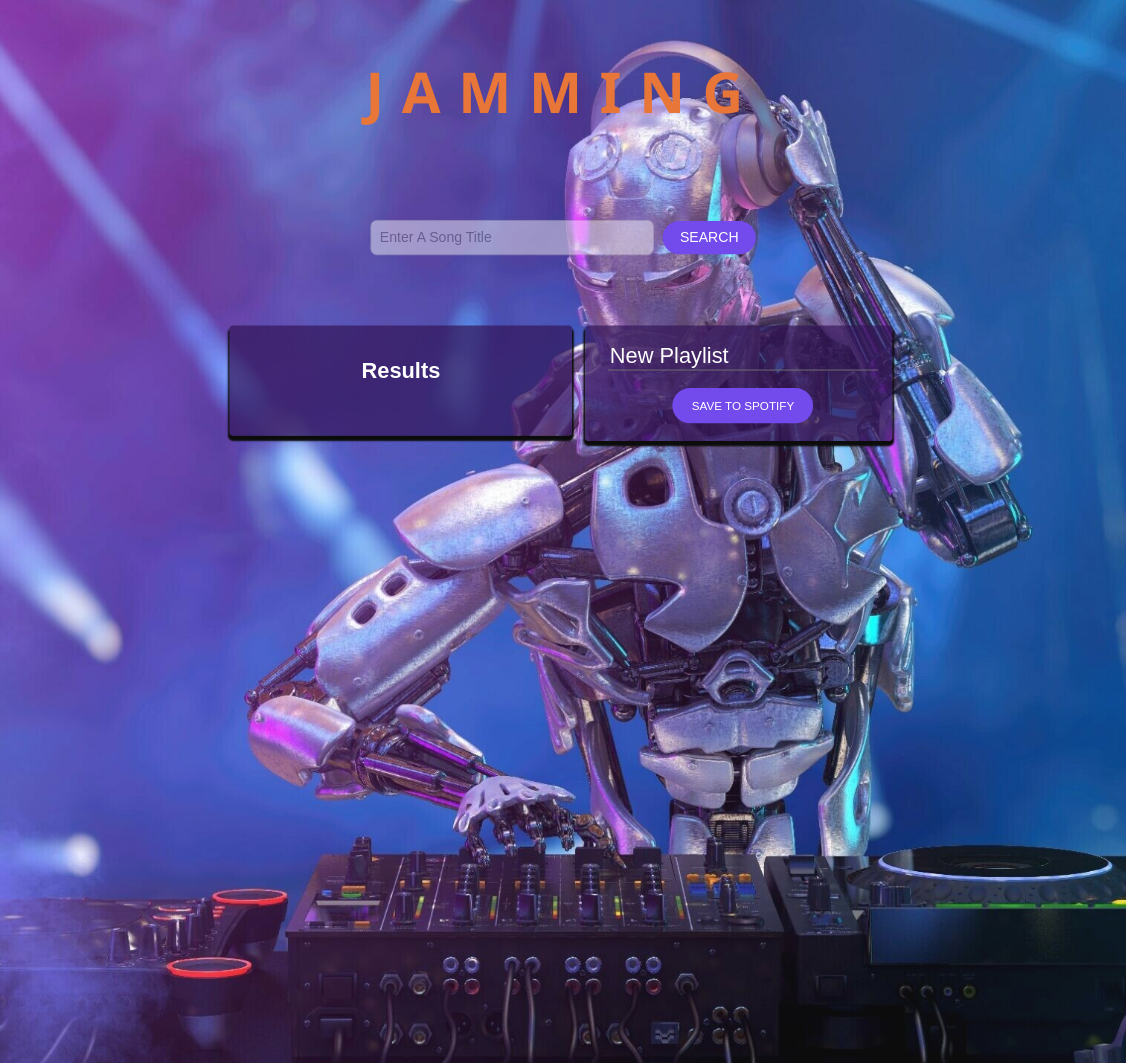
Repository: LolaSL/jamming
Page: /
An editor plug-in stored every save of this project. The page is shown before and after a run of saves, followed by the edit.
The browser window is 1280 px wide. The pictures show the whole page, at 88% of full size.
The project was rebuilt for these pictures with package versions that can differ from the ones it lists, and the page was loaded fresh each time. Also part of the build but not shown: src/components/Track/Track.css, src/components/Track/Track.jsx.

Above is the page before, as saved 2023-06-23 20:32:21.

### src/App/App.js
import React, { useState, useCallback } from "react";
import "./App.css";
// import Footer from "../components/Footer/Footer";
import Playlist from "../components/PlayList/PlayList.jsx";
import SearchBar from "../components/SearchBar/SearchBar";
import SearchResults from "../components/SearchResults/SearchResults";
import Spotify from "../utils/Spotify";

const App = () => {
  const [searchResults, setSearchResults] = useState([]);
  const [playlistName, setPlaylistName] = useState("New Playlist");
  const [playlistTracks, setPlaylistTracks] = useState([]);

  const search = useCallback(async (term) => {
    const results = await Spotify.search(term);
    setSearchResults(results);
  }, []);

  const addTrack = useCallback((track) => {
    if (playlistTracks.some((savedTrack) => savedTrack.id === track.id)) {
      return;
    }
    setPlaylistTracks((prevTracks) => [...prevTracks, track]);
  }, [playlistTracks]);

  const removeTrack = useCallback((track) => {
    setPlaylistTracks((prevTracks) =>
      prevTracks.filter((currentTrack) => currentTrack.id !== track.id)
    );
  }, []);

  const updatePlaylistName = useCallback((name) => {
    setPlaylistName(name);
  }, []);

  const savePlaylist = useCallback(async () => {
    const trackUris = playlistTracks.map((track) => track.uri);
    await Spotify.savePlaylist(playlistName, trackUris);
    setPlaylistName("New Playlist");
    setPlaylistTracks([]);
  }, [playlistName, playlistTracks]);

  return (
    <div className="App-container" data-testid="app-test">
      <h1>
        Jamming
      </h1>
      <SearchBar onSearch={search} />
      <div className="App-playlist-container">
          <SearchResults searchResults={searchResults} onAdd={addTrack} />
          <Playlist
            playlistName={playlistName}
            playlistTracks={playlistTracks}
            onNameChange={updatePlaylistName}
            onRemove={removeTrack}
            onSave={savePlaylist}
        />
      </div>
      {/* <Footer /> */}
      </div>
  );
};

export default App;
;

### src/App/App.css
body,
html,
#root {
  height: 100%;
  margin: 0;
  padding: 0;
}

/* CSS for App-container */
.App-container {
  display: flex;
  flex-direction: column;
  align-items: center;
  padding: 20px;
  background-color: #6c41ec;
  background-image: url("./background.AVIF");
  height: 150%;
  padding: 0 17% 10% 17%;
  opacity: 0.95;
  background-size: cover;
  overflow: hidden;
  background-position: center;
  background-repeat: no-repeat;
  font-family: "Work Sans", sans-serif;
  font-weight: 500;
  color: #56649f;
  text-align: center;
}

/* CSS for h1 */
h1 {
  font-family: "Segoe UI", Tahoma, Geneva, Verdana, sans-serif;
  text-transform: uppercase;
  letter-spacing: 20px;
  color: #e76f2f;
  font-size: 4rem;
  margin-top: 60px;
  text-shadow: 1px 2px 3px solid rgb(23, 24, 24);
}

/* CSS for SearchBar */
.SearchBar {
  display: flex;
  justify-content: center;
  align-items: center;
  margin-bottom: 20px;
}

/* CSS for App-playlist */
.App-playlist-container  {
  display: grid;
  grid-template-columns: 1fr 1fr;
  grid-gap:50px;
  align-items: justify;
  margin: 60px auto;
}

/* CSS for SearchResults and Playlist components */
.SearchResults,
.Playlist {
  background-color: #fff;
  padding: 20px;
  border-radius: 4px;
  box-shadow: 1px 1px 1px rgba(9, 3, 15, 0.488);
}
.footer{
  position: relative;
  bottom: 0;
  left: 0;
}
@media (max-width: 800px) {
  /* CSS for App-container */
  .App-container {
    padding: 10px;
    font-size: 14px;
  }
  /* CSS for h1 */
  h1 {
    font-size: 3rem;
    margin-top: 40px;
    text-shadow: 1px 2px 3px rgba(112, 30, 189, 0.488);
    opacity: 0.97;
    z-index: 5;
  }
  .SearchResults,
.Playlist {
  background-color: #fff;
  padding: 10px;
  border-radius: 4px;
  box-shadow: 1px 1px 1px rgba(9, 3, 15, 0.488);
}
.App-playlist-container {
  grid-gap: -5px;
  margin: 40px auto;
}


}

### src/components/PlayList/PlayList.jsx
import React, { useCallback } from "react";
import PropTypes from "prop-types";
import "./PlayList.css";
import TrackList from "../TrackList/TrackList";

const Playlist = ({
  onNameChange,
  playlistTracks,
  onRemove,
  onSave
}) => {
  const handleNameChange = useCallback((event) => {
    onNameChange(event.target.value);
  }, [onNameChange]);

  return (
    <div className="Playlist">
      <input onChange={handleNameChange} defaultValue={"New Playlist"} />
      <TrackList
        tracks={playlistTracks}
        isRemoval={true}
        onRemove={onRemove}
      />
      <button className="Playlist-save" onClick={onSave}>
        SAVE TO SPOTIFY
      </button>
    </div>
  );
};

Playlist.propTypes = {
  onNameChange: PropTypes.func,
  playlistTracks: PropTypes.array,
  onRemove: PropTypes.func,
  onSave: PropTypes.func
};

export default Playlist;

### src/components/SearchBar/SearchBar.jsx
import React, { useState, useCallback } from "react";
import "./SearchBar.css";

const SearchBar = ({ onSearch }) => {
  const [term, setTerm] = useState("");

  const handleTermChange = useCallback((event) => {
    event.preventDefault();
    setTerm(event.target.value);
  }, []);

  const search = useCallback(
    (event) => {
      event.preventDefault();
      onSearch(term);
    },
    [onSearch, term]
  );

  return (
    <div className="SearchBar">
      <input placeholder="Enter A Song Title" onChange={handleTermChange} />
      <button className="SearchButton" onClick={search}>
        SEARCH
      </button>
    </div>
  );
};

export default SearchBar;

### src/components/SearchResults/SearchResults.jsx
import React from "react";
import "./SearchResults.css";
import TrackList from "../TrackList/TrackList";

const SearchResults = ({ searchResults, onAdd }) => {
  return (
    <div className="SearchResults">
      <h2>Results</h2>
      <TrackList tracks={searchResults} onAdd={onAdd} />
    </div>
  );
};

export default SearchResults;

### src/utils/Spotify.js
const clientId = 'a18dfb23f21c4bf69aa0c5c6ac72acdc'; // Insert client ID here.
const redirectUri = 'http://localhost:3000/'; // Have to add this to your accepted Spotify redirect URIs on the Spotify API.

let accessToken;

const Spotify = {
  getAccessToken() {
    if (accessToken) {
      return accessToken;
    }

    const accessTokenMatch = window.location.href.match(/access_token=([^&]*)/);
    const expiresInMatch = window.location.href.match(/expires_in=([^&]*)/);
    if (accessTokenMatch && expiresInMatch) {
      accessToken = accessTokenMatch[1];
      const expiresIn = Number(expiresInMatch[1]);
      window.setTimeout(() => accessToken = '', expiresIn * 1000);
      window.history.pushState('Access Token', null, '/'); // This clears the parameters, allowing us to grab a new access token when it expires.
      return accessToken;
    } else {
      const accessUrl = `https://accounts.spotify.com/authorize?client_id=${clientId}&response_type=token&scope=playlist-modify-public&redirect_uri=${redirectUri}`;
      window.location = accessUrl;
    }
  },

  async search(term) {
    const accessToken = Spotify.getAccessToken();
    const response = await fetch(`https://api.spotify.com/v1/search?type=track&q=${term}`, {
      headers: {
        Authorization: `Bearer ${accessToken}`
      }
    });
    const jsonResponse = await response.json();
    if (!jsonResponse.tracks) {
      return [];
    }
    return jsonResponse.tracks.items.map(track => ({
      id: track.id,
      name: track.name,
      artist: track.artists[0].name,
      album: track.album.name,
      popularity: track.popularity,
      uri: track.uri
    }));
  },

  savePlaylist(name, trackUris) {
    if (!name || !trackUris.length) {
      return;
    }

    const accessToken = Spotify.getAccessToken();
    const headers = { Authorization: `Bearer ${accessToken}` };
    let userId;

    return fetch('https://api.spotify.com/v1/me', { headers: headers }
    ).then(response => response.json()
    ).then(jsonResponse => {
      userId = jsonResponse.id;
      return fetch(`https://api.spotify.com/v1/users/${userId}/playlists`, {
        headers: headers,
        method: 'POST',
        body: JSON.stringify({ name: name })
      }).then(response => response.json()
      ).then(jsonResponse => {
        const playlistId = jsonResponse.id;
        return fetch(`https://api.spotify.com/v1/users/${userId}/playlists/${playlistId}/tracks`, {
          headers: headers,
          method: 'POST',
          body: JSON.stringify({ uris: trackUris })
        });
      });
    });
  }
};

export default Spotify;

### src/components/PlayList/PlayList.css
.Playlist {
    display: flex;
    flex-direction: column;
    align-items: center;
    justify-items: center;
    overflow-y: scroll;
    width: 90%;
    height: auto;
    background-color: rgba(40, 9, 80, 0.7);
    box-shadow: 0 4px 2px 2px #000000;
    margin-bottom: 34px;
   padding-right: 10px;
   margin-right: auto;

  }

  .Playlist input {
    width: 95%;
    border: 0;
    outline: 0;
    background: transparent;
    border-bottom: 1px solid #6f6f6f;
    font-family: 'Poppins', sans-serif;
    font-size: 1.55rem;
    color: #fff;
  }

  .Playlist-save {
    cursor: pointer;
    width: 10rem;
    padding: .77rem 0;
    border-radius: 54px;
    border-width: 0px;
    margin-top: 1.27rem;
    background-color: #6c41ec;
    text-align: center;
    font-size: .83rem;
    transition: background-color .25s;
    color: #fff;
    font-weight: 500;
  }

  .Playlist-save:hover {
    background-color: rgba(108, 65, 233, .7);
  }

  ::-webkit-scrollbar {
      width: 0px;
      background: transparent;
  }
  @media screen and (max-width: 600px) {
  /* CSS for Playlist on smaller screens */
  .Playlist {
    width: 90%;
    margin-right: auto;
    padding-right: 0;
  }

  .Playlist input {
    font-size: 1.3rem;
  }
}
@media screen and (max-width: 800px) {
  /* CSS for Playlist on smaller screens */
  .Playlist {
    width:95%;
    margin-right: auto;
    padding-right: 0;
    display: flex;
    flex-direction: column;
    align-items: center;
  }

  .Playlist input {
    font-size: 1.3rem;
  }
}

### src/components/TrackList/TrackList.jsx
import React from "react";
import PropTypes from "prop-types";
import "./TrackList.css";
import Track from "../Track/Track";

const TrackList = ({ tracks, onAdd, isRemoval, onRemove }) => {
  return (
    <div className="TrackList">
      {tracks.map((track, index) => (
        <Track
          key={index}
          track={track}
          onAdd={onAdd}
          isRemoval={isRemoval}
          onRemove={onRemove}
        />
      ))}
    </div>
  );
};

TrackList.propTypes = {
  tracks: PropTypes.array,
  onAdd: PropTypes.func,
  onRemove: PropTypes.func,
  isRemoval: PropTypes.bool,
};

export default TrackList;

### src/components/SearchBar/SearchBar.css
/* CSS for SearchBar form */
.SearchBar {
  display: flex;
  align-items: center;
  margin-top: 60px;
}

/* CSS for input */
.SearchBar input {
  flex-grow: 1;
  padding: 10px;
  border: 1px solid #ccc;
  border-radius: 7px;
  font-size: 16px;
  margin-right: 10px;
  width:  300px;
  opacity: 0.45;
  z-index: 1;

}

/* CSS for button */
.SearchBar button {
  padding: 10px 20px;
  background-color: #6c41ec;
  color: #fff;
  border: none;
  border-radius: 4px;
  font-size: 16px;
  cursor: pointer;
  border-radius: 54px;
  transition: background-color .25s;
}

/* CSS for button hover effect */
.SearchBar button:hover {
  background-color: rgba(108, 65, 233, 0.7);
}

### src/components/SearchResults/SearchResults.css
.SearchResults {
  display: flex;
  flex-direction: column;
  align-items: left;
  overflow-y: scroll;
  width: 38%;
  max-height: 900px;
  padding: 1.1rem;
  background-color: rgba(40, 9, 80, 0.7);
  box-shadow: 0 4px 2px 2px #000000;
  gap: 10px;

  }
  h2{
    font-family: 'Poppins', sans-serif;
    color: #ffffff;
    text-align: left;
    font-size: 1.55rem;
  }
  ::-webkit-scrollbar {
      width: 0px;
      background: transparent;
  }

 @media only screen and (max-width: 1020px) {
    .SearchResults {
      width: 90%;
      margin-bottom:2.5rem;
    }
  }

  @media screen and (min-width: 800px) {
    .SearchResults {
      width:75%;
      margin-bottom:2rem;
      align-items: center;
    }
  }
  @media only screen and (max-width: 1220px) {
    .SearchResults {
      width: 90%;
      margin-bottom:2.5rem;
      align-items: center;
    }
  }
  @media only screen and (max-width: 1620px) {
    .SearchResults {
      width: 100%;
      margin-bottom:2.5rem;
      align-items: center;
    }
  }

### src/components/TrackList/TrackList.css
.TrackList {
  width: 90%;
  height: auto;
  overflow-y: scroll;
  display: flex;
  flex-direction: column;
}
@media screen and (max-width: 800px) {
  /* CSS for TrackList on smaller screens */
  .TrackList {
    width: 75%;
    height: auto;
    display: flex;
    flex-direction: column;
    align-items: center;
  }
}

Loaded but not shown: public/index.html (common file); src/index.js (common file); src/index.css (common file); src/reportWebVitals.js (common file)

After the next 2 saves:
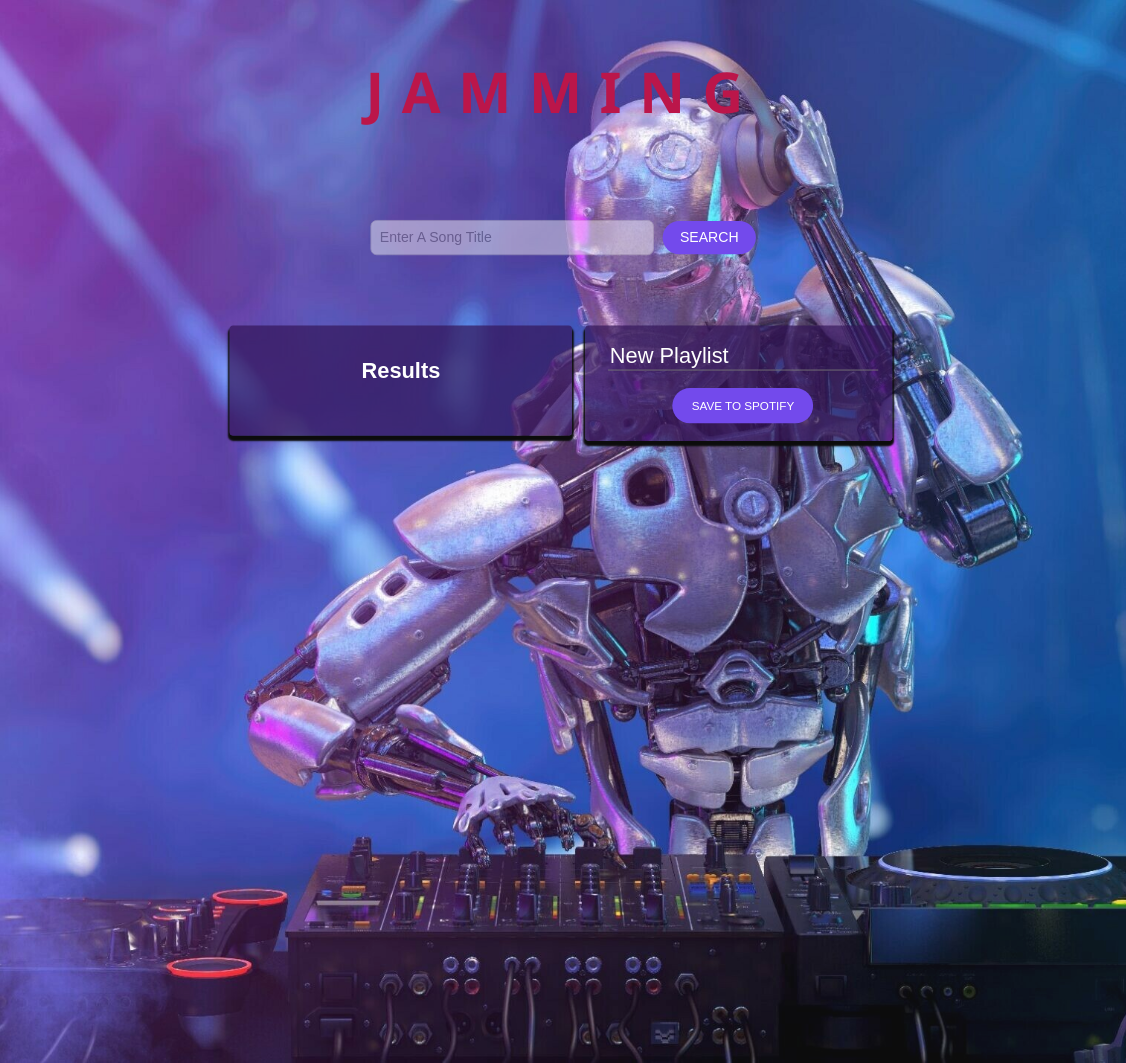
The 2 saves are shown as one change because they came seconds apart.
The last was saved 60 s later.
--- a/src/App/App.css
+++ b/src/App/App.css
@@ -32,7 +32,7 @@ h1 {
   font-family: "Segoe UI", Tahoma, Geneva, Verdana, sans-serif;
   text-transform: uppercase;
   letter-spacing: 20px;
-  color: #e76f2f;
+  color: #b80a41;
   font-size: 4rem;
   margin-top: 60px;
   text-shadow: 1px 2px 3px solid rgb(23, 24, 24);
